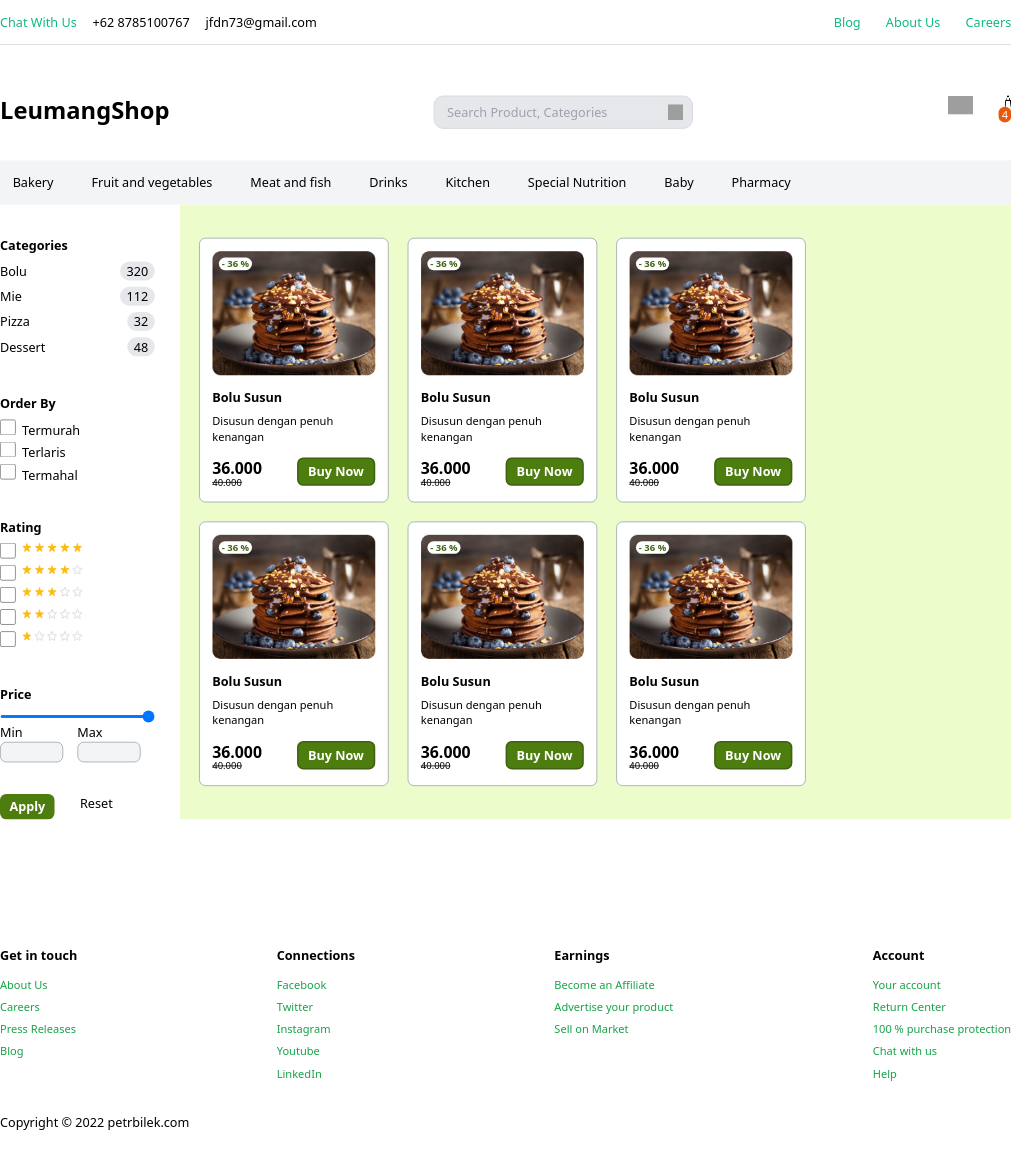
Repository: jafetdn73/ecommerce-tailwind
Page: /
The author's editor kept a copy of each file at every save. The page is drawn from the files as they stood at one save, then again after the next save.
The browser window is 1280 px wide. The pictures show the whole page, at 79% of full size.
Pictures or frames that could not be fetched are drawn as grey boxes. The project was rebuilt for these pictures with package versions that can differ from the ones it lists, and the page was loaded fresh each time. Also part of the build but not shown: src/App.css.

Above is the page before, as saved 2022-03-14 15:41:58.

### src/App.js
import "./App.css";

function App() {
  return (
    <div className="bg-white container mx-auto">
      <div className="flex justify-between py-4 border-b border-gray-300">
        <div className="flex gap-5">
          <a href="http://google.com" className="text-emerald-500">
            Chat With Us
          </a>
          <a href="http://facebook.com">+62 8785100767</a>
          <a href="http://ggogl.com">jfdn73@gmail.com</a>
        </div>

        <div className="">
          <ul className="flex gap-8 text-emerald-500">
            <li>Blog</li>
            <li>About Us</li>
            <li>Careers</li>
          </ul>
        </div>
      </div>

      <div className="flex justify-between mt-16">
        <h1 className="text-3xl font-bold">LeumangShop</h1>
        <div className="flex w-full justify-center items-center">
          <input
            type="text"
            placeholder="Search Product, Categories"
            className="w-1/3 border border-gray-300 bg-gray-200 rounded-xl pl-4 py-2"
          />
          <img src="/images/search-icon.png" alt="search" className="w-5 h-5 -ml-8"/>
        </div>
        <div className="flex gap-10">
          <img src="/images/user-icon.png" alt="user" className="w-8 h-6"/>
          <div className="relative">
            <img src="/images/cart-icon.png" alt="icon" className="w-8 h-6"/>
            <label className="absolute bottom-2 -left-2 bg-orange-600 text-white py-0.25 px-1 rounded-full text-sm">4</label>
          </div>
        </div>
      </div>

      <div className="bg-gray-100 mt-10 py-4 pl-4 text-base font-medium">
        <ul className="flex gap-12">
          <li>Bakery</li>
          <li>Fruit and vegetables</li>
          <li>Meat and fish</li>
          <li>Drinks</li>
          <li>Kitchen</li>
          <li>Special Nutrition</li>
          <li>Baby</li>
          <li>Pharmacy</li>
        </ul>
        </div>

      {/* Container Wrapper */}
      <div className="flex gap-4">
        {/* Side Bar Container */}
        <div className="flex flex-col w-60" >
          {/* Categories Container */}
          <div className="flex flex-col mt-10">
            <h1 className="font-bold text-base mb-2">Categories</h1>
            <ul>
              <div className="flex justify-between">
                <li>Bolu</li><label className="mb-2 bg-gray-200 pl-2 pr-2 rounded-xl">320</label>
              </div>
              <div className="flex justify-between">
                <li>Mie</li><label className="mb-2 bg-gray-200 pl-2 pr-2 rounded-xl">112</label>
              </div>
              <div className="flex justify-between">
                <li>Pizza</li><label className="mb-2 bg-gray-200 pl-2 pr-2 rounded-xl">32</label>
              </div>
              <div className="flex justify-between">
                <li>Dessert</li><label className="mb-2 bg-gray-200 pl-2 pr-2 rounded-xl">48</label>
              </div>
            </ul>
          </div>
          {/* Order By Categories */}
          <div className="flex flex-col mt-10">
            <h1 className="font-bold mb-2">Order By</h1>
           <div>
              <input type="checkbox" className="accent-lime-700 w-5 h-5 mr-2 mb-2"></input>
              <span className="mb-1">Termurah</span>
          </div>
          <div>
            <input type="checkbox"  className="accent-lime-700 w-5 h-5 mr-2 mb-2"></input>
            <label>Terlaris</label>
          </div>
          <div>
            <input type="checkbox"  className="accent-lime-700 w-5 h-5 mr-2 mb-2"></input>
            <label>Termahal</label>
          </div>
          </div>
          {/* Rating Container */}
          <div className="flex flex-col mt-10">
            <h1 className="font-bold mb-2">Rating</h1>
           <div  className="flex">
             <input type="checkbox" className="accent-lime-700 w-5 h-5 mr-2 mb-2">
               </input>
               <div className="flex w-3 h-3 gap-1">
                 <img src="images/rate-star.png" alt="rate-star"/>
                 <img src="images/rate-star.png" alt="rate-star"/>
                 <img src="images/rate-star.png" alt="rate-star"/>
                 <img src="images/rate-star.png" alt="rate-star"/>
                 <img src="images/rate-star.png" alt="rate-star"/>
                 </div>
          </div>
          <div  className="flex">
             <input type="checkbox" className="accent-lime-700 w-5 h-5 mr-2 mb-2">
               </input>
               <div className="flex w-3 h-3 gap-1">
                 <img src="images/rate-star.png" alt="rate-star"/>
                 <img src="images/rate-star.png" alt="rate-star"/>
                 <img src="images/rate-star.png" alt="rate-star"/>
                 <img src="images/rate-star.png" alt="rate-star"/>
                 <img src="images/unrate-star.png" alt="unrate-star"/>
                 </div>
          </div>
          <div  className="flex">
             <input type="checkbox" className="accent-lime-700 w-5 h-5 mr-2 mb-2">
               </input>
               <div className="flex w-3 h-3 gap-1">
                 <img src="images/rate-star.png" alt="rate-star"/>
                 <img src="images/rate-star.png" alt="rate-star"/>
                 <img src="images/rate-star.png" alt="rate-star"/>
                 <img src="images/unrate-star.png" alt="unrate-star"/>
                 <img src="images/unrate-star.png" alt="unrate-star"/>
                 </div>
          </div>
          <div  className="flex">
             <input type="checkbox" className="accent-lime-700 w-5 h-5 mr-2 mb-2">
               </input>
               <div className="flex w-3 h-3 gap-1">
                 <img src="images/rate-star.png" alt="rate-star"/>
                 <img src="images/rate-star.png" alt="rate-star"/>
                 <img src="images/unrate-star.png" alt="unrate-star"/>
                 <img src="images/unrate-star.png" alt="unrate-star"/>
                 <img src="images/unrate-star.png" alt="unrate-star"/>
                 </div>
          </div>
          <div  className="flex">
             <input type="checkbox" className="accent-lime-700 w-5 h-5 mr-2 mb-2">
               </input>
               <div className="flex w-3 h-3 gap-1">
                 <img src="images/rate-star.png" alt="rate-star"/>
                 <img src="images/unrate-star.png" alt="unrate-star"/>
                 <img src="images/unrate-star.png" alt="unrate-star"/>
                 <img src="images/unrate-star.png" alt="unrate-star"/>
                 <img src="images/unrate-star.png" alt="unrate-star"/>
                 </div>
          </div>

          </div>
          {/* Price Container */}
          <div className="flex flex-col mt-10">
          <h1 className="font-bold">Price</h1>
          <div><input
                type="range"
                className="w-full h-1 p-0 bg-gray-200 focus:outline-none focus:ring-0 focus:shadow-sm"
                min="0"
                max="5"
              />
           </div>
           <div className="flex">
             <div className="w-2/4"><label>Min</label><br></br><input className="w-20 bg-gray-100 border border-gray-400 rounded-lg" type="text"/></div>
             <div  className="w-2/4"><label>Max</label><br></br><input className="w-20 bg-gray-100 border border-gray-400 rounded-lg" type="text"/></div>
           </div>
          </div>
          <div className="flex mt-10">
            <button className="py-1 px-3 mr-8 rounded-lg font-bold bg-lime-700 text-white">Apply</button><label>Reset</label></div>
        </div>
        <div className="bg-gray-100">
          <div className="bg-yellow-100">
          </div>
        </div>
        {/* Container Content */}
        <div className="flex flex-wrap bg-lime-100 w-full p-6 gap-6 content-center" >

          <div className="w-60 h-fit p-4 bg-white border border-gray-400 rounded-lg">
            <div className="flex relative">
              <img src="images/bolu-susun.png" alt="bolu-susun" width="236" height="180"/>
              <label className="text-lime-800 font-bold text-xs ml-2 absolute bottom-26 left-0 bg-white mt-2 mb-2 pl-1 pr-1 rounded-xl">- 36 %</label>
            </div>
            <div>
            <h1 className="font-bold text-base mt-4 mb-2">Bolu Susun</h1>
            <p className="text-sm">Disusun dengan penuh kenangan</p>
            </div>
            <div className="flex justify-between mt-4">
              <div className="flex flex-col">
                <label className="font-bold text-xl">36.000</label>
                <label className="line-through text-xs -mt-1">40.000</label>
              </div>
              <div>
                <button className="py-1 px-3 rounded-lg font-bold border-2 border-lime-800 bg-lime-700 text-white">Buy Now</button>
              </div>
            </div>
          </div>

          <div className="w-60 h-fit p-4 bg-white border border-gray-400 rounded-lg">
            <div className="flex relative">
              <img src="images/bolu-susun.png" alt="bolu-susun" width="236" height="180"/>
              <label className="text-lime-800 font-bold text-xs ml-2 absolute bottom-26 left-0 bg-white mt-2 mb-2 pl-1 pr-1 rounded-xl">- 36 %</label>
            </div>
            <div>
            <h1 className="font-bold text-base mt-4 mb-2">Bolu Susun</h1>
            <p className="text-sm">Disusun dengan penuh kenangan</p>
            </div>
            <div className="flex justify-between mt-4">
              <div className="flex flex-col">
                <label className="font-bold text-xl">36.000</label>
                <label className="line-through text-xs -mt-1">40.000</label>
              </div>
              <div>
                <button className="py-1 px-3 rounded-lg font-bold border-2 border-lime-800 bg-lime-700 text-white">Buy Now</button>
              </div>
            </div>
          </div>

          <div className="w-60 h-fit p-4 bg-white border border-gray-400 rounded-lg">
            <div className="flex relative">
              <img src="images/bolu-susun.png" alt="bolu-susun" width="236" height="180"/>
              <label className="text-lime-800 font-bold text-xs ml-2 absolute bottom-26 left-0 bg-white mt-2 mb-2 pl-1 pr-1 rounded-xl">- 36 %</label>
            </div>
            <div>
            <h1 className="font-bold text-base mt-4 mb-2">Bolu Susun</h1>
            <p className="text-sm">Disusun dengan penuh kenangan</p>
            </div>
            <div className="flex justify-between mt-4">
              <div className="flex flex-col">
                <label className="font-bold text-xl">36.000</label>
                <label className="line-through text-xs -mt-1">40.000</label>
              </div>
              <div>
                <button className="py-1 px-3 rounded-lg font-bold border-2 border-lime-800 bg-lime-700 text-white">Buy Now</button>
              </div>
            </div>
          </div>

          <div className="w-60 h-fit p-4 bg-white border border-gray-400 rounded-lg">
            <div className="flex relative">
              <img src="images/bolu-susun.png" alt="bolu-susun" width="236" height="180"/>
              <label className="text-lime-800 font-bold text-xs ml-2 absolute bottom-26 left-0 bg-white mt-2 mb-2 pl-1 pr-1 rounded-xl">- 36 %</label>
            </div>
            <div>
            <h1 className="font-bold text-base mt-4 mb-2">Bolu Susun</h1>
            <p className="text-sm">Disusun dengan penuh kenangan</p>
            </div>
            <div className="flex justify-between mt-4">
              <div className="flex flex-col">
                <label className="font-bold text-xl">36.000</label>
                <label className="line-through text-xs -mt-1">40.000</label>
              </div>
              <div>
                <button className="py-1 px-3 rounded-lg font-bold border-2 border-lime-800 bg-lime-700 text-white">Buy Now</button>
              </div>
            </div>
          </div>

          <div className="w-60 h-fit p-4 bg-white border border-gray-400 rounded-lg">
            <div className="flex relative">
              <img src="images/bolu-susun.png" alt="bolu-susun" width="236" height="180"/>
              <label className="text-lime-800 font-bold text-xs ml-2 absolute bottom-26 left-0 bg-white mt-2 mb-2 pl-1 pr-1 rounded-xl">- 36 %</label>
            </div>
            <div>
            <h1 className="font-bold text-base mt-4 mb-2">Bolu Susun</h1>
            <p className="text-sm">Disusun dengan penuh kenangan</p>
            </div>
            <div className="flex justify-between mt-4">
              <div className="flex flex-col">
                <label className="font-bold text-xl">36.000</label>
                <label className="line-through text-xs -mt-1">40.000</label>
              </div>
              <div>
                <button className="py-1 px-3 rounded-lg font-bold border-2 border-lime-800 bg-lime-700 text-white">Buy Now</button>
              </div>
            </div>
          </div>

          <div className="w-60 h-fit p-4 bg-white border border-gray-400 rounded-lg">
            <div className="flex relative">
              <img src="images/bolu-susun.png" alt="bolu-susun" width="236" height="180"/>
              <label className="text-lime-800 font-bold text-xs ml-2 absolute bottom-26 left-0 bg-white mt-2 mb-2 pl-1 pr-1 rounded-xl">- 36 %</label>
            </div>
            <div>
            <h1 className="font-bold text-base mt-4 mb-2">Bolu Susun</h1>
            <p className="text-sm">Disusun dengan penuh kenangan</p>
            </div>
            <div className="flex justify-between mt-4">
              <div className="flex flex-col">
                <label className="font-bold text-xl">36.000</label>
                <label className="line-through text-xs -mt-1">40.000</label>
              </div>
              <div>
                <button className="py-1 px-3 rounded-lg font-bold border-2 border-lime-800 bg-lime-700 text-white">Buy Now</button>
              </div>
            </div>
          </div>

        </div>
      </div>

      {/* footer */}
      <div className="flex justify-between mb-8 mt-40">

<div className="">
  <h2 className="font-bold mb-4">Get in touch</h2>
  <ul className="text-sm text-green-600">
    <li className="mb-2">About Us</li>
    <li className="mb-2">Careers</li>
    <li className="mb-2">Press Releases</li>
    <li className="mb-2">Blog</li>
  </ul>
</div>

<div className="">
  <h2 className="font-bold mb-4">Connections</h2>
  <ul className="text-sm text-green-600">
    <li className="mb-2">Facebook</li>
    <li className="mb-2">Twitter</li>
    <li className="mb-2">Instagram</li>
    <li className="mb-2">Youtube</li>
    <li className="mb-2">LinkedIn</li>
  </ul>
</div>

<div className="">
  <h2 className="font-bold mb-4">Earnings</h2>
  <ul className="text-sm text-green-600">
    <li className="mb-2">Become an Affiliate</li>
    <li className="mb-2">Advertise your product</li>
    <li className="mb-2">Sell on Market</li>
  </ul>
</div>

<div className="">
  <h2 className="font-bold mb-4">Account</h2>
  <ul className="text-sm text-green-600">
    <li className="mb-2">Your account</li>
    <li className="mb-2">Return Center</li>
    <li className="mb-2">100 % purchase protection</li>
    <li className="mb-2">Chat with us</li>
    <li className="mb-2">Help</li>
  </ul>
</div>

</div>

{/* copyright */}
<div className="mb-10">
<h4>Copyright &copy; 2022 petrbilek.com</h4>
</div>

    </div>
  );
}

export default App;

Loaded but not shown: public/index.html (common file); src/index.js (common file); src/index.css (common file); src/reportWebVitals.js (common file); tailwind.config.js (common file)

After the next save:
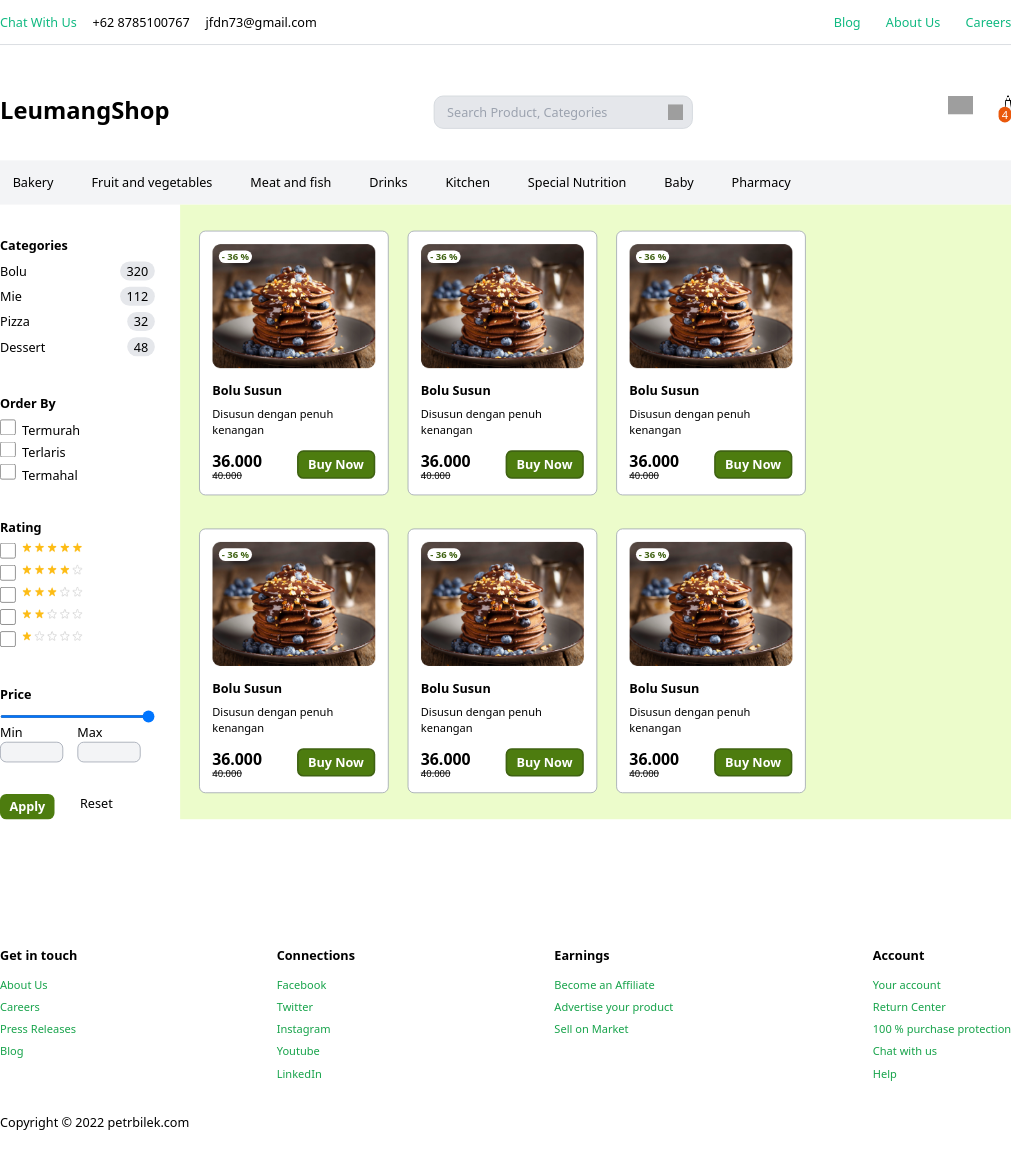
Saved 41 s later.
--- a/src/App.js
+++ b/src/App.js
@@ -174,7 +174,7 @@ function App() {
           </div>
         </div>
         {/* Container Content */}
-        <div className="flex flex-wrap bg-lime-100 w-full p-6 gap-6 content-center" >
+        <div className="flex flex-wrap bg-lime-100 w-full p-6 gap-6 items-center" >
 
           <div className="w-60 h-fit p-4 bg-white border border-gray-400 rounded-lg">
             <div className="flex relative">
